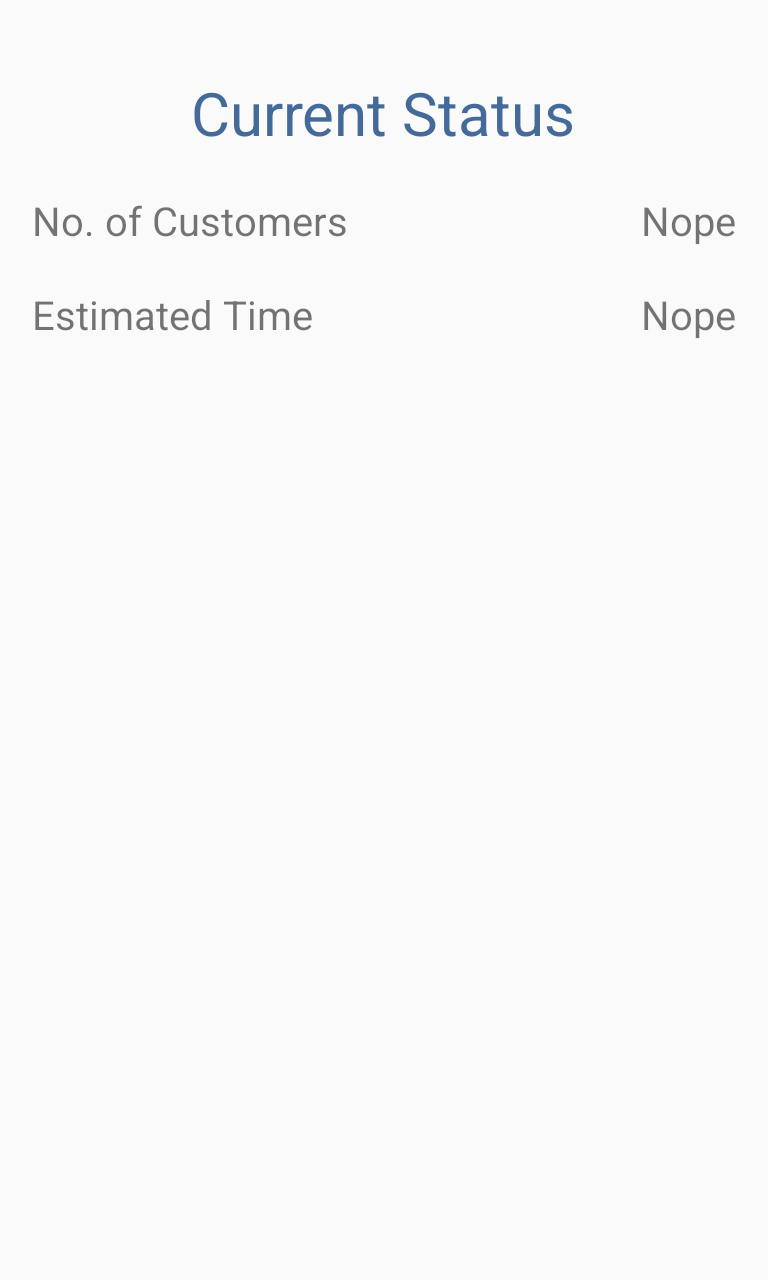
Repository: ag-chirag/brainwaves_enigma
Layout: mobile/Brainwaves/QLess/res/layout/activity_status.xml
The author's editor kept a copy of each file at every save. The layout is drawn from the files as they stood at one save, then again after the next save.
It is drawn on a 768 x 1280 px phone screen (xhdpi) without system bars, with theme AppTheme; the app's code is not run.

Above is the layout before, as saved 2014-11-08 17:59:16.

### mobile/Brainwaves/QLess/res/layout/activity_status.xml
<RelativeLayout xmlns:android="http://schemas.android.com/apk/res/android"
    xmlns:tools="http://schemas.android.com/tools"
    android:layout_width="match_parent"
    android:layout_height="match_parent"
    android:paddingBottom="@dimen/activity_vertical_margin"
    android:paddingLeft="@dimen/activity_horizontal_margin"
    android:paddingRight="@dimen/activity_horizontal_margin"
    android:paddingTop="@dimen/activity_vertical_margin"
    tools:context="com.example.qless.StatusActivity" >

    <TextView
       	android:layout_width="wrap_content"
       	android:layout_height="wrap_content"
       	android:id="@+id/textview1"
       	android:text="Current Status"
       	android:layout_marginTop="20dp"
       	android:layout_centerHorizontal="true"
       	android:textColor="@color/blue"
        android:textSize="30sp"
        />

    <TextView
       	android:layout_width="wrap_content"
       	android:layout_height="wrap_content"
       	android:id="@+id/textview2"
       	android:text="No. of Customers"
       	android:layout_below="@+id/textview1"
       	android:layout_marginTop="20dp"
       	android:gravity="left"
        android:textSize="20sp"
        />

    <TextView
        android:layout_width="wrap_content"
        android:layout_height="wrap_content"
        android:id="@+id/customer_number"
        android:text="Nope"
        android:layout_below="@+id/textview1"
        android:layout_alignParentRight="true"
        android:layout_marginTop="20dp"
        android:gravity="right"
        android:textSize="20sp"
        />

    <TextView
       	android:layout_width="wrap_content"
       	android:layout_height="wrap_content"
       	android:id="@+id/textview3"
       	android:text="Estimated Time"
       	android:layout_below="@+id/textview2"
       	android:layout_marginTop="20dp"
       	android:gravity="left"
        android:textSize="20sp"
        />

    <TextView
        android:layout_width="wrap_content"
        android:layout_height="wrap_content"
        android:id="@+id/time_left"
        android:text="Nope"
        android:layout_below="@+id/textview2"
        android:layout_alignParentRight="true"
        android:layout_marginTop="20dp"
        android:gravity="right"
        android:textSize="20sp"
        />

</RelativeLayout>

### mobile/Brainwaves/QLess/res/values/color.xml
<?xml version="1.0" encoding="utf-8"?>
<resources>

    <color name="blue">#446a99</color>
    <color name="red">#FF0000</color>
    <color name="black">#000000</color>
    <color name="green">#138808</color>
    <color name="bar">#ff0000</color>
    <color name="white">#fff</color>
    <color name="gray">#eeeeee</color>
    <color name="grey">	#CECECE</color>
    <color name="splash_bg">#eb5115</color>
        <color name="disable">#ccc</color>

    <color name="light_gray">#eeeeee</color>
    <color name="dark_gray">#424244</color>
    <color name="sirius_black">#000000</color>
    <color name="app_color">#ff8033</color>
    <color name="dashboard_bar">#ff8033</color>
    <color name="fixture_title">#000000</color>
    <color name="fixture_teams">#000</color>
    <color name="fixture_status">#000</color>
    <color name="score">#000</color>
    <color name="bar_sel">#ffa233</color>
    <color name="transparent_100">#FF000000</color>
    <color name="transparent_95">#F2000000</color>
    <color name="transparent_90">#E6000000</color>
    <color name="transparent_85">#D9000000</color>
    <color name="transparent_80">#CC000000</color>
    <color name="transparent_75">#BF000000</color>
    <color name="transparent_70">#B3000000</color>
    <color name="transparent_65">#A6000000</color>
    <color name="transparent_60">#99000000</color>
    <color name="transparent_55">#8C000000</color>
    <color name="transparent_50">#80000000</color>
    <color name="transparent_45">#73000000</color>
    <color name="transparent_40">#66000000</color>
    <color name="transparent_35">#59000000</color>
    <color name="transparent_30">#4D000000</color>
    <color name="transparent_25">#40000000</color>
    <color name="transparent_20">#33000000</color>
    <color name="transparent_15">#26000000</color>
    <color name="transparent_10">#1A000000</color>
    <color name="transparent_">#0D000000</color>
    <color name="transparent_0">#00000000</color>
    <color name="dashboard_bg">#eeeeee</color>
    <color name="circle_dashbord_count">#333333</color>
    <color name="live">#cc1111</color>
    <color name="no_matches_sel">#424244</color>
    <color name="no_matches_def">#333333</color>
    <color name="no_matches">#999999</color>
    <color name="bar_header">#2f74a7</color>
    <color name="chart_won">#2f74a7</color>
    <color name="chart_lost">#cc1111</color>
    <color name="chart_tie">#e04a3b</color>
    <color name="achievement">#3d96d8</color>
    <color name="player_name_solo">#ed5114</color>
    <color name="hrr">#333333</color>
    <color name="h_h_header">#666666</color>
    <color name="h_h_text">#333333</color>
    <color name="app_green">#779f38</color>
        <color name="transparent_50_app_color">#80ff8033</color>

</resources>

Loaded but not shown: mobile/Brainwaves/QLess/res/values/styles.xml (common file); mobile/Brainwaves/QLess/res/values-v11/styles.xml (common file); mobile/Brainwaves/QLess/res/values-v14/styles.xml (common file); mobile/Brainwaves/QLess/res/values/dimens.xml (common file); mobile/Brainwaves/QLess/res/values-w820dp/dimens.xml (common file)

After the next save:
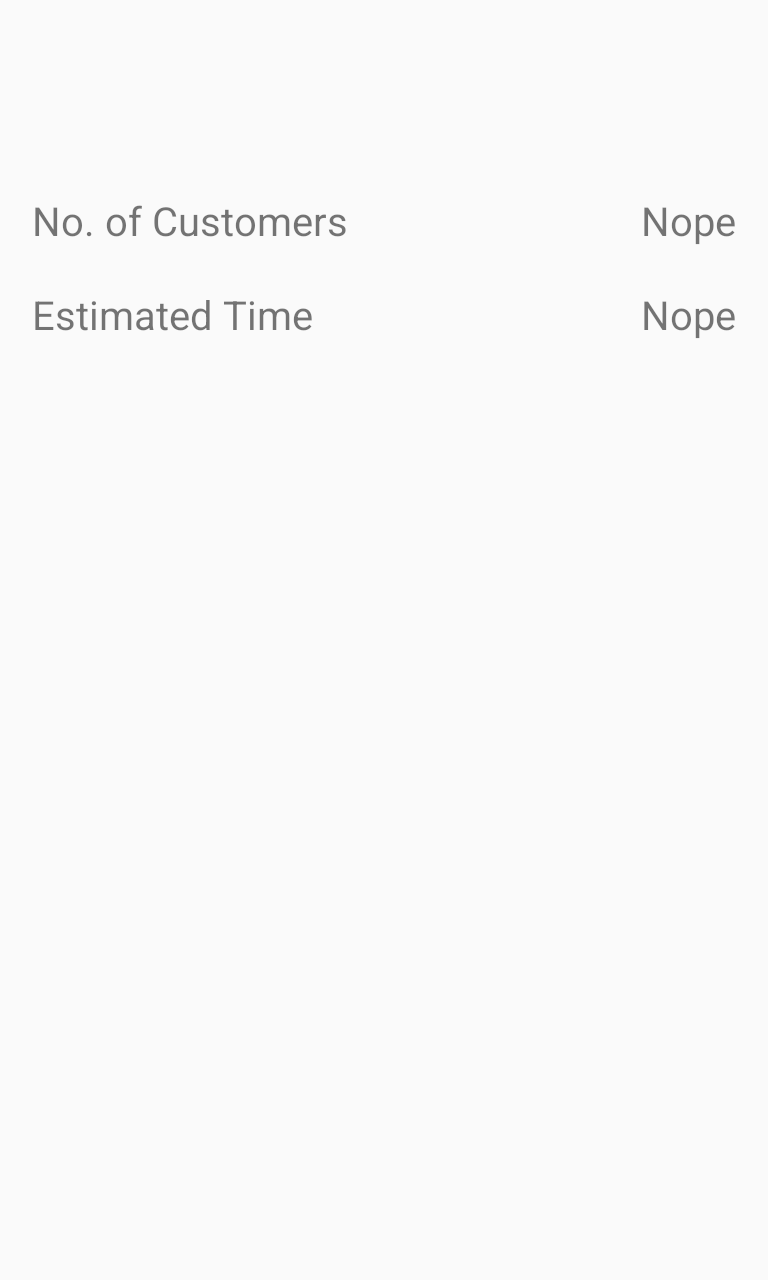
Saved 20 s later.
--- a/mobile/Brainwaves/QLess/res/layout/activity_status.xml
+++ b/mobile/Brainwaves/QLess/res/layout/activity_status.xml
@@ -12,7 +12,7 @@
        	android:layout_width="wrap_content"
        	android:layout_height="wrap_content"
        	android:id="@+id/textview1"
-       	android:text="Current Status"
+       	android:text="@+id/Status"
        	android:layout_marginTop="20dp"
        	android:layout_centerHorizontal="true"
        	android:textColor="@color/blue"
